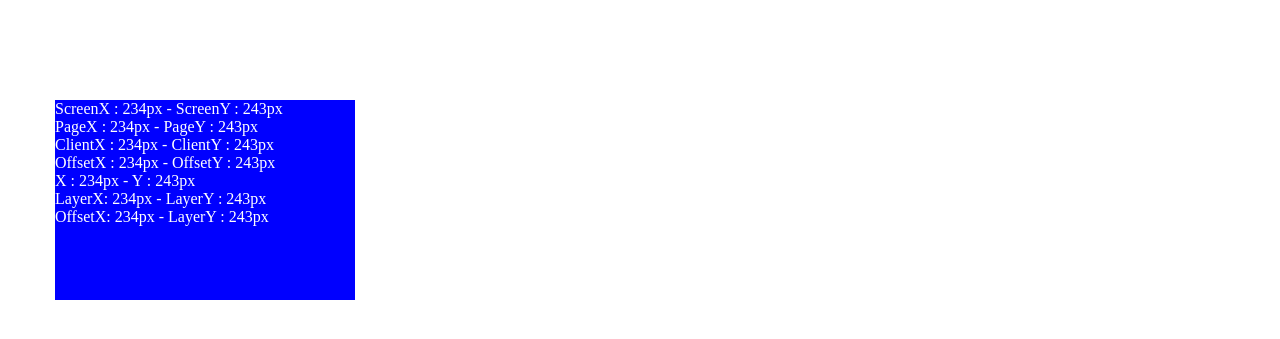
Repository: khanhbinh87/learnJs
Page: customSelect/Mouse/index.html
The author's editor kept a copy of each file at every save. The page is drawn from the files as they stood at one save, then again after the next save.
The browser window is 1280 px wide. The pictures show the whole page.

Above is the page before, as saved 2021-06-18 10:12:11.

After the next save:
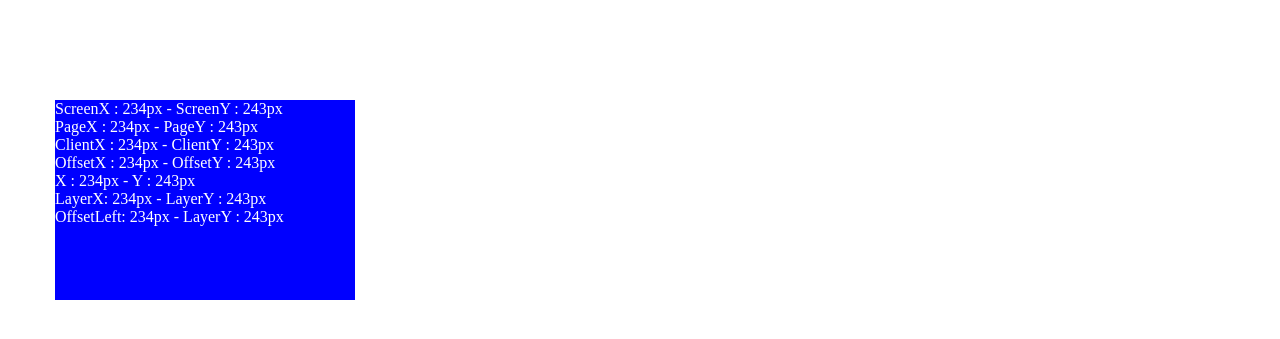
Saved 4 s later.
--- a/customSelect/Mouse/index.html
+++ b/customSelect/Mouse/index.html
@@ -29,7 +29,7 @@
             <div id="offset"> OffsetX : 234px - OffsetY : 243px</div>
             <div id="xy"> X : 234px - Y : 243px</div>
             <div id="layout"> LayerX: 234px - LayerY : 243px</div>
-            <div id="offsetLefTop"> OffsetX: 234px - LayerY : 243px</div>
+            <div id="offsetLefTop"> OffsetLeft: 234px - LayerY : 243px</div>
 
 
 
